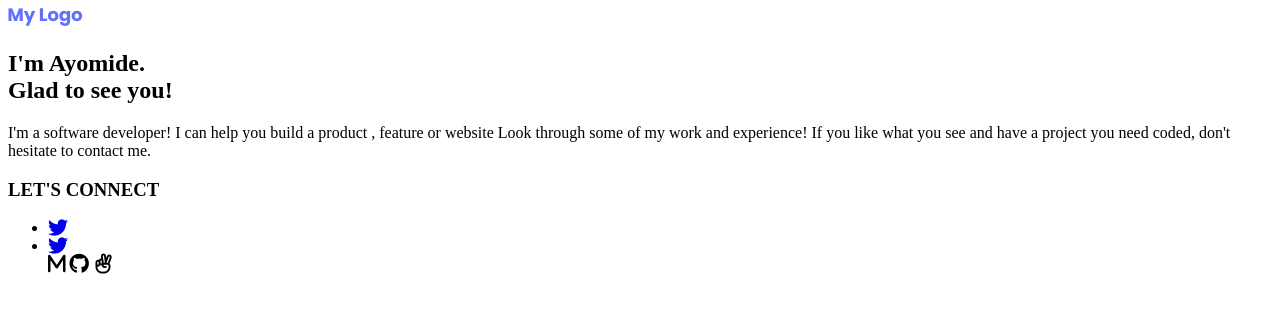
Repository: Paulinelali/microverse-personal-portfolio
Page: index.html
An editor plug-in stored every save of this project. The page is shown before and after the next save, followed by the edit.
The browser window is 1280 px wide. The pictures show the whole page.
Some web libraries are served in a nearby version.

Above is the page before, as saved 2023-04-28 00:53:28.

After the next save:
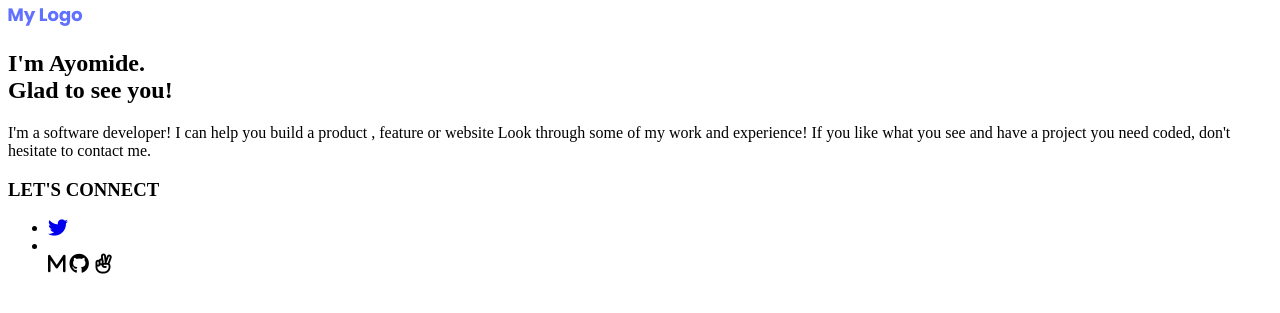
Saved 6 s later.
--- a/index.html
+++ b/index.html
@@ -37,7 +37,7 @@
                 </h3>
                 <ul class="social-icons">
                     <li><a href="#"><i class="fa-brands fa-twitter fa-lg"></i></a></li>
-                    <li><a href="#"><i class="fa-brands fa-twitter fa-lg"></i></a></li>
+                    <li><a href="#"></a></li>
 
                     <i class="fa-solid fa-m fa-lg"></i>
                     <i class="fa-brands fa-github fa-lg"></i>
